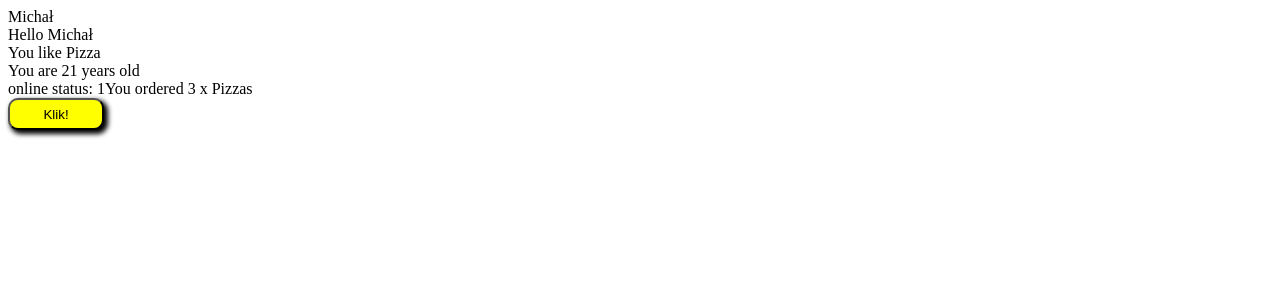
Repository: Nowacki97PL/PHPyt
Page: http://localhost/
These files come from the project's save history. The page is drawn as it stood at one moment and after the next save; the edit follows.
The browser window is 1280 px wide. The pictures show the whole page.
The page is run by PHP 8.4 with error messages shown; the project is at /var/www/html/.

Above is the page before, as saved 2024-10-06 21:28:42.

After the next save:
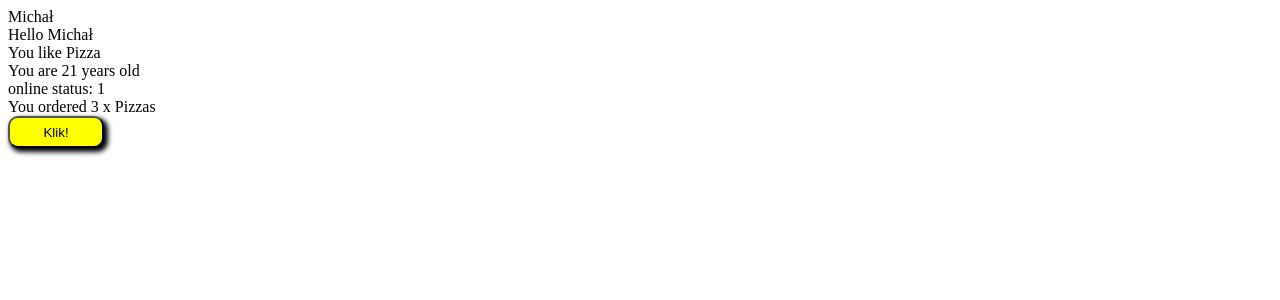
Saved 9 s later.
--- a/index.php
+++ b/index.php
@@ -13,7 +13,7 @@ echo "<br>Hello {$name}";
 echo "<br>You like {$food}";
 echo "<br>You are $age years old";
 
-echo "<br>online status: $online";
+echo "<br>online status: $online <br>";
 
 echo "You ordered 3 x {$food}s"
 ?>
